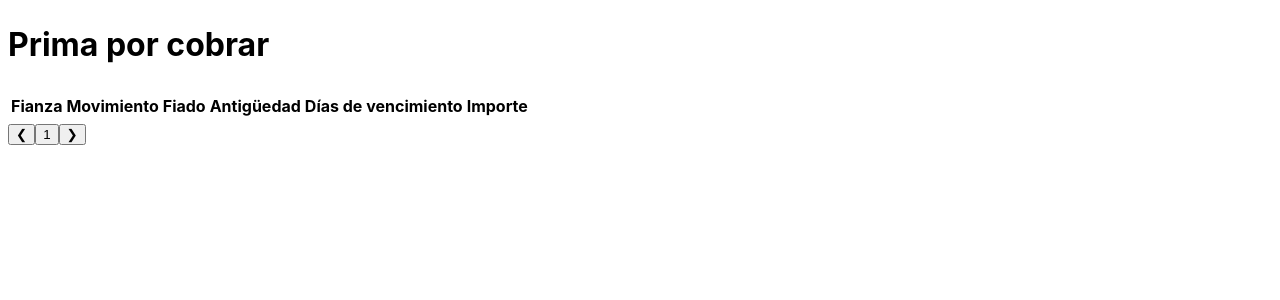
Repository: PCGP22/prueba-t-cnica-liberty-finanzas
Page: / (app in Prueba técnica full-stack/client/)
These files come from the project's save history. The page is drawn as it stood at one moment and after the next save; the edit follows.
The browser window is 1280 px wide. The pictures show the whole page.
The page's requests for data from a server got no answer. The project was rebuilt for these pictures with package versions that can differ from the ones it lists, and the page was loaded fresh each time. No one was signed in, and anything a server would have sent is missing. Also part of the build but not shown: Prueba técnica full-stack/client/vite.config.js, Prueba técnica full-stack/client/src/components/Card.jsx, Prueba técnica full-stack/client/src/components/CardsContainer.jsx, Prueba técnica full-stack/client/src/components/Filters.jsx.

Above is the page before, as saved 2023-11-14 07:22:46.

### Prueba técnica full-stack/client/src/App.jsx
import { dataContext } from "./context/dataContext";
import Table from "./components/Table";
import { useEffect, useReducer } from "react";
import Pagination from "./components/pagination";
import reducer from "./hooks/Reducer";
import Header from "./components/Header";

function App() {
  let url = "http://localhost:5000/primas";
  const initialState = {
    backupData: {},
    data: {},
    dataToShow: {},
    currentPage: 1,
    maxPages: 1,
    contentPerPage: 8,
  };

  const [state, dispatch] = useReducer(reducer, initialState);
  useEffect(() => {
    fetch(url)
      .then((res) => res.json())
      .then((data) => dispatch({ type: "initialize", payload: data.primas }));
  }, [url]);

  return (
    <dataContext.Provider value={[state, dispatch]}>
      <Header />
      <Table />
      <Pagination />
    </dataContext.Provider>
  );
}

export default App;

### Prueba técnica full-stack/client/src/index.css
:root {
  font-family: Inter, system-ui, Avenir, Helvetica, Arial, sans-serif;
  line-height: 1.5;
  font-weight: 400;

}

### Prueba técnica full-stack/client/src/context/dataContext.js
import { createContext } from "react";

export const dataContext = createContext();

### Prueba técnica full-stack/client/src/components/Table.jsx
import { calculateAntiquityInDays } from "../utils/utils";
import { useContext } from "react";
import { dataContext } from "../context/dataContext";

function Table() {
  const [state, dispatch] = useContext(dataContext);

  return (
    <table>
      <tbody>
        <tr>
          <th>Fianza</th>
          <th>Movimiento</th>
          <th>Fiado</th>
          <th>Antigüedad</th>
          <th>Días de vencimiento</th>
          <th>Importe</th>
        </tr>
        {state.dataToShow.length > 0 &&
          state.dataToShow.map((t) => {
            let antiquity = calculateAntiquityInDays(
              t.datos["fecha de emisión"]
            );
            let daysSinceStale = calculateAntiquityInDays(
              t.datos["fecha de vencimiento"]
            );
            if (daysSinceStale < 0) daysSinceStale = 0;
            return (
              <tr key={t.datos.código_de_fianza}>
                <td>{t.datos.código_de_fianza}</td>
                <td>{t.datos.tipo_de_movimiento}</td>
                <td>{t.datos.fiado}</td>
                <td>{antiquity}</td>
                <td>{daysSinceStale}</td>
                <td>${t.datos.importe.toLocaleString()}</td>
              </tr>
            );
          })}
      </tbody>
    </table>
  );
}

export default Table;

### Prueba técnica full-stack/client/src/components/pagination.jsx
import { useContext } from "react";
import { dataContext } from "../context/dataContext";

function Pagination() {
  const [state, dispatch] = useContext(dataContext);

  //   return <button onClick={() => dispatch({ type: "change" })}>Cambiar</button>;
  //   const { state.maxPages, state.currentPage, setstate.CurrentPage, setNextPage, setPrevPage } =
  // useContext(dataContext);
  //This pagination is somewhat complex because I've used it before in bigger proyects.
  //First, it initializes the pagination buttons to the first 6 numbers except for the number 1
  //The reason it doesn't includes the first page is because the first and last page buttons are always shown
  let pagesButtons = [2, 3, 4, 5, 6];
  //while the current page stays on the first three pages, show all first 6
  //The reason for the if, it's that I want the first 6 buttons to be shown when returning from the latest pages
  if (
    state.currentPage === 1 ||
    state.currentPage === 2 ||
    state.currentPage === 3
  ) {
    pagesButtons = [2, 3, 4, 5, 6];
  }
  //As soon as we change to page 4 or more, let's follow the current page and
  //add two buttons to the left and two to the right
  if (state.currentPage >= 4) {
    pagesButtons = [
      state.currentPage - 2,
      state.currentPage - 1,
      state.currentPage,
      state.currentPage + 1,
      state.currentPage + 2,
    ];
  }
  //When approaching to the right end of the pagination, show the last 5 pages
  if (
    state.currentPage === state.maxPages - 1 ||
    state.currentPage === state.maxPages - 2 ||
    state.currentPage === state.maxPages
  ) {
    //The reason it doesn't includes the last page is because the first and last page buttons are always shown
    pagesButtons = [
      state.maxPages - 5,
      state.maxPages - 4,
      state.maxPages - 3,
      state.maxPages - 2,
      state.maxPages - 1,
    ];
  }
  return (
    <section className="pagination">
      <button
        //About the class: When in first or last page the navigation chevrons will have a special class
        //The same happens when the button is the current page
        className={`${state.currentPage === 1 && "disabled"}`}
        onClick={() => dispatch({ type: "prevPage" })}>
        ❮
      </button>
      {/* First button, always shown */}
      <button
        className={`${state.currentPage === 1 && "disabled"}`}
        onClick={() => dispatch({ type: "setPage", payload: 1 })}>
        1
      </button>
      {/* Adds three dots in case the current page is bigger than 4*/}
      {state.currentPage > 4 && <p>•••</p>}
      {/* Map through all pages defined in the first part*/}
      {pagesButtons.map((p) => {
        if (p > 1 && p < state.maxPages)
          return (
            <button
              className={`${state.currentPage === p && "disabled"}`}
              key={p}
              onClick={() => dispatch({ type: "setPage", payload: p })}>
              {p}
            </button>
          );
      })}
      {/* Adds three dots in case the current page is getting closer to the right end*/}
      {state.currentPage < state.maxPages - 3 && <p>•••</p>}
      {/* If there's more than 1 page, show always the last page*/}
      {state.maxPages > 1 && (
        <button
          className={`${state.currentPage === state.maxPages && "disabled"}`}
          onClick={() =>
            dispatch({ type: "setPage", payload: state.maxPages })
          }>
          {state.maxPages}
        </button>
      )}
      <button
        className={`${state.currentPage === state.maxPages && "disabled"}`}
        onClick={() => dispatch({ type: "nextPage" })}>
        ❯
      </button>
    </section>
  );
}

export default Pagination;

### Prueba técnica full-stack/client/src/hooks/Reducer.js
function reducer(state, action) {
  function divideData(data, currentPage, state) {
    let dividedData = data.slice(
      (currentPage - 1) * state.contentPerPage,
      currentPage * state.contentPerPage
    );
    return dividedData;
  }
  function calculateMaxPages(data, state) {
    let maxPages = Math.ceil(data.length / state.contentPerPage);
    return maxPages;
  }
  const { type, payload } = action;
  switch (type) {
    case "initialize":
      return {
        ...state,
        backupData: payload,
        data: payload,
        dataToShow: divideData(payload, 1, state),
        maxPages: calculateMaxPages(payload, state),
      };
    case "prevPage":
      if (state.currentPage > 1) {
        return {
          ...state,
          currentPage: state.currentPage - 1,
          dataToShow: divideData(state.data, state.currentPage - 1, state),
        };
      } else return state;
    case "nextPage":
      if (state.currentPage < state.maxPages) {
        return {
          ...state,
          currentPage: state.currentPage + 1,
          dataToShow: divideData(state.data, state.currentPage + 1, state),
        };
      } else return state;
    case "setPage":
      return {
        ...state,
        currentPage: payload,
        dataToShow: divideData(state.data, payload, state),
      };
    case "filter":
      if (payload.filter === "") {
        return { ...state, dataToShow: state.backupData };
      } else
        return {
          ...state,
          dataToShow: state.backupData.filter(
            (d) => d[payload.type] === payload.filter
          ),
        };
    default:
      return state;
  }
}

export default reducer;

### Prueba técnica full-stack/client/src/components/Header.jsx
import CardsContainer from "./CardsContainer";
import Filters from "./Filters";

function Header() {
  return (
    <header>
      <h1>Prima por cobrar</h1>
      <Filters />
      <CardsContainer />
    </header>
  );
}

export default Header;

### Prueba técnica full-stack/client/src/utils/utils.js
//This function calculates how many days have passed since a date
export function calculateAntiquityInDays(date) {
  let parsedDate = parseDate(date);
  const CONSTANT_Ms_TO_DAYS = 86400000;
  let today = new Date();
  let comparisonDate = new Date(parsedDate);
  return Math.trunc((today - comparisonDate) / CONSTANT_Ms_TO_DAYS) - 1;
}

//transforms the date DD/MM/YYYY to an acceptable MM/DD/YYYY
function parseDate(date) {
  let stringToArray = date.split("/");
  let temp = stringToArray[0];
  stringToArray[0] = stringToArray[1];
  stringToArray[1] = temp;
  return stringToArray.join("/");
}

Loaded but not shown: Prueba técnica full-stack/client/index.html (common file); Prueba técnica full-stack/client/src/main.jsx (common file)

After the next save:
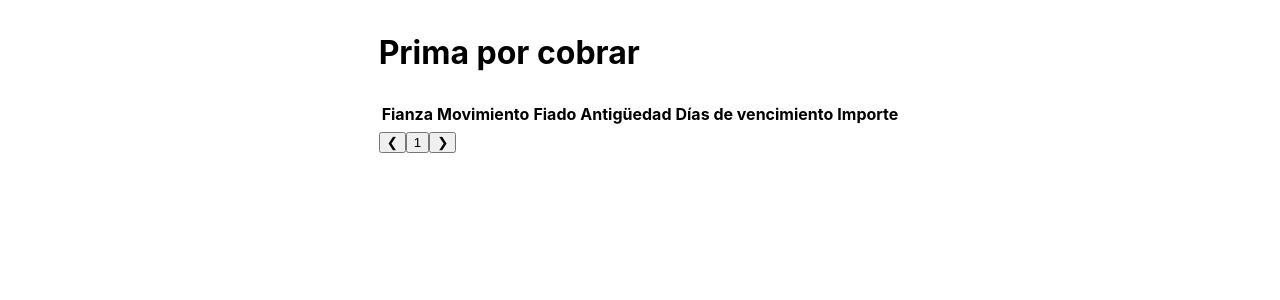
Saved 5 min 29 s later.
--- a/Prueba técnica full-stack/client/src/index.css
+++ b/Prueba técnica full-stack/client/src/index.css
@@ -2,5 +2,22 @@
   font-family: Inter, system-ui, Avenir, Helvetica, Arial, sans-serif;
   line-height: 1.5;
   font-weight: 400;
-
+  --background-color: #f2f2f1;
+  --darkest-blue: #22305a;
+  --blue: #1a4b94;
+  --light-blue: #577dae;
+  --lightest-blue: #9fbde4;
+  --status-red: #de7878;
+  --status-yellow: #f6c476;
+  --status-green: #8fc475;
+  --icon-red: #b93d3d;
+  --icon-green: #6cb85d;
+  --text-blue: #3a689d;
+  --text-red:  #af2e2c;
+  --box-shadow: solid black 8px 8px 16px;
 }
+body{
+  display: flex;
+  flex-direction: column;
+  align-items: center;
+}
